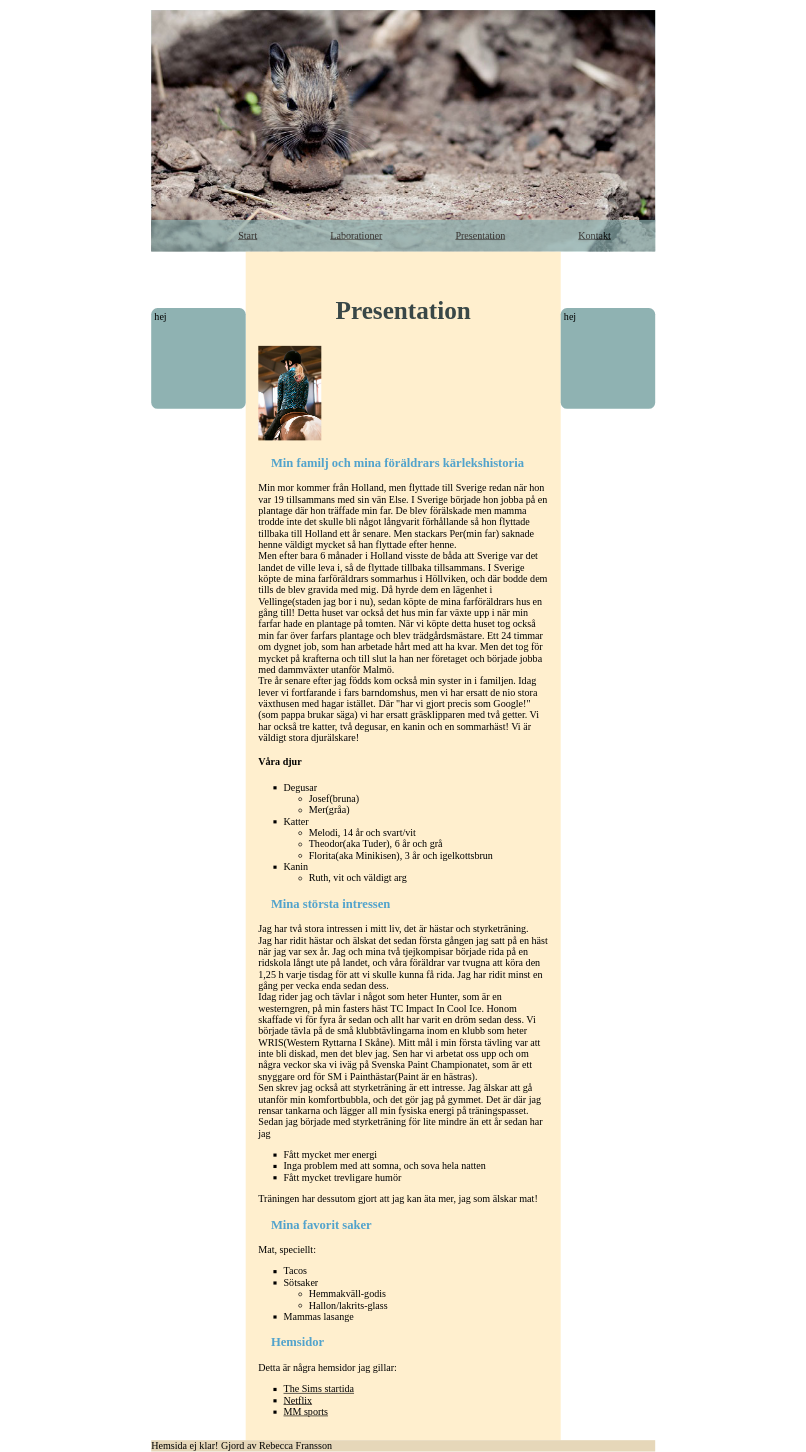
Repository: RebeccaFransson/Interfacedevelopment-1IK415
Page: pages/presentation.html
The author's editor kept a record of every edit. The page is drawn from the files as they stood at one moment, then again after the next edit.
The browser window is 1280 px wide. The pictures show the whole page, at 63% of full size.

Above is the page before.

### pages/presentation.html
<!DOCTYPE html>
<html>
<head>
    <meta charset="utf-8"/>
    <title>Pesentation</title>
    <link rel="stylesheet" href="../css/style.css" />
</head>
    <body>

    <div id="header">
        <p><img src="../Pictures/header.jpg" width="800" height="383" alt=""></p>
    </div>

    <div id="meny">
            <ul>
                <li><a href="../index.html">Start</a> </li>  <!-- ../ gör att jag kommer ut till mappen ovan.-->
                <li><a href="laborationer.html">Laborationer</a> </li>
                <li><a href="presentation.html">Presentation</a> </li>
                <li><a href="kontakt.html">Kontakt</a> </li>
            </ul>
    </div>

    <div class="left pic">
     hej
    </div>
    <div class="right pic">
     hej
    </div>



    <div id="content">

        <h2>Presentation</h2>

        <a id="Bild_pa_mig"></a>
            <p><img src="../Pictures/Jag.jpg" width="100" height="150" alt=""></p>
        <h3>Min familj och mina föräldrars kärlekshistoria</h3>
            <p class="info">
            Min mor kommer från Holland, men flyttade till Sverige redan när
            hon var 19 tillsammans med sin vän Else.
            I Sverige började hon jobba på en plantage där hon träffade min far.
            De blev förälskade men mamma trodde inte det skulle bli något långvarit förhållande
            så hon flyttade tillbaka till Holland ett år senare. Men stackars Per(min far) saknade
            henne väldigt mycket så han flyttade efter henne.
            <br>Men efter bara 6 månader i Holland visste de båda att Sverige var det landet
            de ville leva i, så de flyttade tillbaka tillsammans.
            I Sverige köpte de mina farföräldrars sommarhus i Höllviken, och där bodde dem tills de
            blev gravida med mig. Då hyrde dem en lägenhet i Vellinge(staden jag bor i nu), sedan
            köpte de mina farföräldrars hus en gång till! Detta huset var också det hus min far
            växte upp i när min farfar hade en plantage på tomten. När vi köpte detta huset tog
            också min far över farfars plantage och blev trädgårdsmästare. Ett 24 timmar om dygnet job,
            som han arbetade hårt med att ha kvar. Men det tog för mycket på krafterna och till slut
            la han ner företaget och började jobba med dammväxter utanför Malmö.
            <br>Tre år senare efter jag födds kom också min syster in i familjen.
            Idag lever vi fortfarande i fars barndomshus, men vi har ersatt de nio stora växthusen
            med hagar istället. Där "har vi gjort precis som Google!"(som pappa brukar säga) vi
            har ersatt gräsklipparen med två getter. Vi har också tre katter, två degusar,
            en kanin och en sommarhäst! Vi är väldigt stora djurälskare!</p>

            <h4>Våra djur</h4>
        <ul style="list-style-type:square"> <!-- Här är en lista i en lista. -->
            <li>Degusar
                <ul>
                  <li>Josef(bruna)</li>
                  <li>Mer(gråa)</li>
                </ul>
            </li>
            <li>Katter
                <ul>
                  <li>Melodi, 14 år och svart/vit</li>
                  <li>Theodor(aka Tuder), 6 år och grå</li>
                  <li>Florita(aka Minikisen), 3 år och igelkottsbrun</li>
                </ul>
            </li>
            <li>Kanin
                <ul>
                  <li>Ruth, vit och väldigt arg</li>
                </ul>
            </li>
           </ul>


                <h3>Mina största intressen</h3>
                <p>
                Jag har två stora intressen i mitt liv, det är hästar och styrketräning.
                <br>Jag har ridit hästar och älskat det sedan första gången jag satt
                på en häst när jag var sex år. Jag och mina två tjejkompisar började
                rida på en ridskola långt ute på landet, och våra föräldrar var tvugna
                att köra den 1,25 h varje tisdag för att vi skulle kunna få rida.
                Jag har ridit minst en gång per vecka enda sedan dess.
                <br>Idag rider jag och tävlar i något som heter Hunter, som är en
                westerngren, på min fasters häst TC Impact In Cool Ice. Honom
                skaffade vi för fyra år sedan och allt har varit en dröm sedan dess.
                Vi började tävla på de små klubbtävlingarna inom en klubb som
                heter WRIS(Western Ryttarna I Skåne). Mitt mål i min första tävling
                var att inte bli diskad, men det blev jag. Sen har vi arbetat oss
                upp och om några veckor ska vi iväg på Svenska Paint Championatet,
                som är ett snyggare ord för SM i Painthästar(Paint är en hästras).
                <br>Sen skrev jag också att styrketräning är ett intresse. Jag
                älskar att gå utanför min komfortbubbla, och det gör jag på gymmet.
                Det är där jag rensar tankarna och lägger all min fysiska energi
                på träningspasset.
                <br>Sedan jag började med styrketräning för
                lite mindre än ett år sedan har jag
                </p>
                    <ul style="list-style-type:square">
                      <li>Fått mycket mer energi</li>
                      <li>Inga problem med att somna, och sova hela natten</li>
                      <li>Fått mycket trevligare humör</li>
                    </ul>
            <p>
                Träningen har dessutom gjort att jag kan äta mer, jag som älskar mat!
            </p>




        <h3>Mina favorit saker</h3>
            <p>Mat, speciellt:
              <ul style="list-style-type:square">
                    <li>Tacos</li>
                    <li>Sötsaker
                <ul>
                    <li>Hemmakväll-godis</li>
                    <li>Hallon/lakrits-glass</li>
                </ul>
                    </li>

                  <li>Mammas lasange</li>
                </ul>

        <h3>Hemsidor</h3>
            <p>Detta är några hemsidor jag gillar:</p>       <!--Externa länkar-->
                <ul style="list-style-type:square">
                <li><a href="https://www.thesims.com/sv_SE/">The Sims startida</a></li>
                <li><a href="http://www.netflix.com/WiHome">Netflix</a></li>
                <li><a href="http://www.mmsports.se/home.php">MM sports</a></li>
                </ul>

    </div>


    <div id="footer">
            Hemsida ej klar! Gjord av Rebecca Fransson
    </div>

    </body>
</html>

### css/style.css
body {

    width: 800px;
    margin:auto;

}

/*Här är min Header */
#header {

    background-color: #CCFFFF;
    height: 383px;

}

#header img{
    float:left;
    height:383px;
    width:800px;
}

/*Här är min meny och länkarna */

#meny {
    Background-color: #8FB2B2;
    float: left;
    width: 800px;
    height:50px;
    margin-bottom:20px;
    position:relative;
    bottom:50px;
    opacity: 0.7;

}


#meny li {
    margin-left:80px;
    list-style: none;
    float:left;

    opacity: 1;

}
#meny a {
       padding:18px;

}
a:link {
    color: black;
}

a:visited {
    color: #338080;
}

a:hover {
    color: #394747;
    background-color: #FFEFCE;

}

a:active {
    color: #52A3CC;
}

/*Här är min Content med text */
#content{

    background-color:#FFEFCE;
    width: 460px;
    margin-left:150px;
    padding:20px;
    height:auto;

}
#content h2 {
    text-align:center;
    font-size:40px;
    color: #394747;
}

#content h3 {
    color: #52A3CC;
    font-size:20px;
    margin-left:20px;
    border-bottom: 2px;
}

table {
    margin-top:20px;
}

.bildpamig{
    float:left;
    margin-right:10px;
}

.media{
    float:right;
}

.inlagg{
    margin-bottom:100px;
}

img p #content {
    float:none;
}

.signatur{
    float: right;
}


.pic{
    Background-color: #8FB2B2;
    width: 140px;
    height:150px;
    margin-top:20px;

    -webkit-border-radius: 10px;
    -moz-border-radius: 10px;
    border-radius: 10px;
    padding: 5px;
}
.right{
    float:right;
}

.left{
    float:left;
}

#footer {

    Background-color: #E6D7B9;
    height:auto;


}



/*Mina bakgrundsfärger:
Header:#CCFFFF
Content:#FFEFCE
Footer:#E6D7B9
*/

After the next edit:
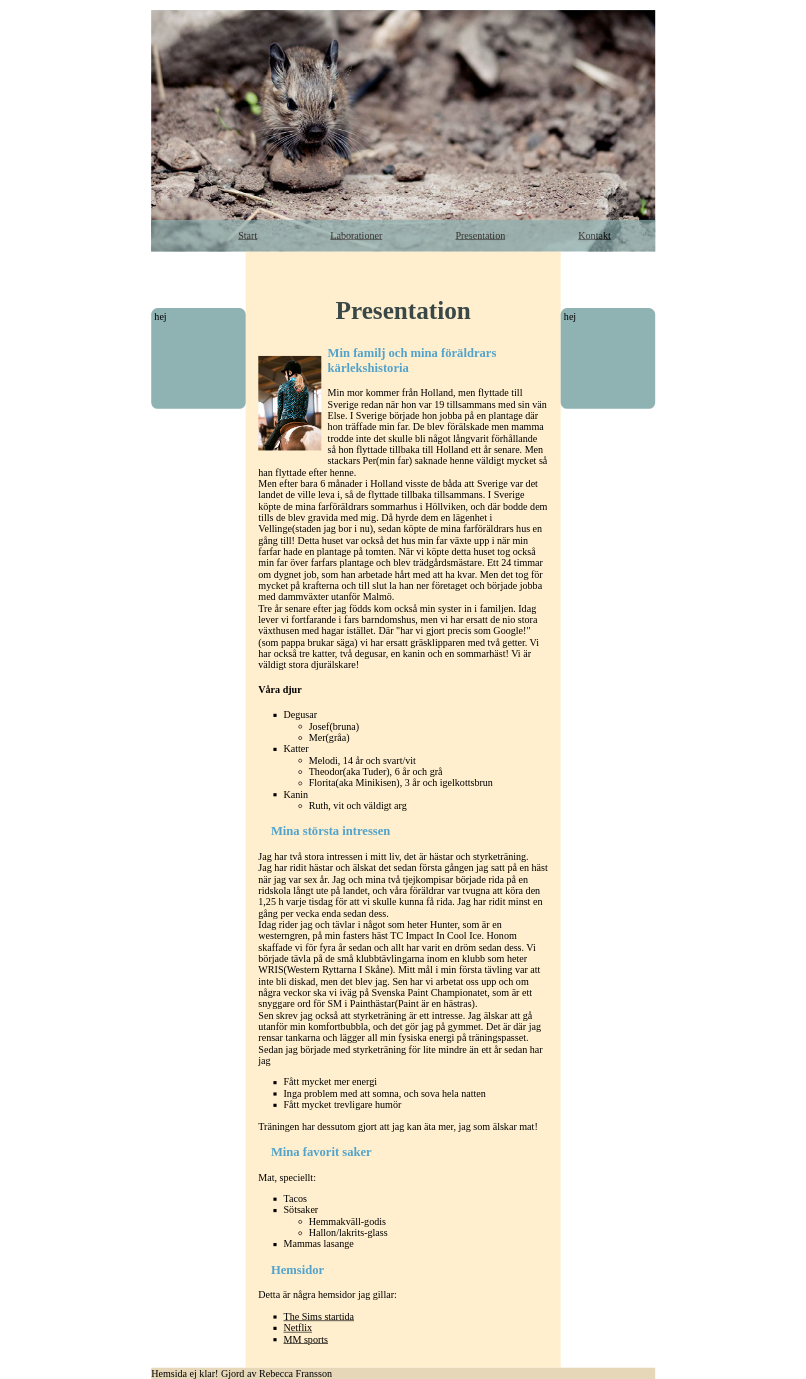
The edit:
--- a/pages/presentation.html
+++ b/pages/presentation.html
@@ -34,7 +34,7 @@
         <h2>Presentation</h2>
 
         <a id="Bild_pa_mig"></a>
-            <p><img src="../Pictures/Jag.jpg" width="100" height="150" alt=""></p>
+            <p class="bildpamig"><img src="../Pictures/Jag.jpg" width="100" height="150" alt=""></p>
         <h3>Min familj och mina föräldrars kärlekshistoria</h3>
             <p class="info">
             Min mor kommer från Holland, men flyttade till Sverige redan när
